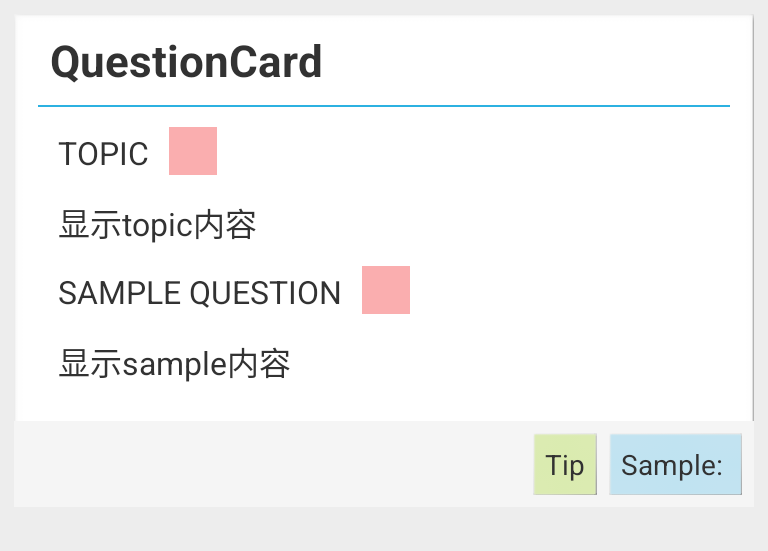
Repository: hellcan/privateReader
Layout: ToeflWrittingAssistant/res/layout/topic_listview_item_detail_activity.xml
These files come from the project's save history. The layout is drawn as it stood at one moment and after the next save; the edit follows.
The pictures show rows 0 to 551 of an output 1280 px tall.
Pictures or frames that could not be fetched are drawn as grey boxes. It is drawn on a 768 x 1280 px phone screen (xhdpi) without system bars, with theme AppTheme; the app's code is not run.

Above is the layout before, as saved 2014-04-28 10:04:41.

### ToeflWrittingAssistant/res/layout/topic_listview_item_detail_activity.xml
<?xml version="1.0" encoding="utf-8"?>
<ScrollView xmlns:android="http://schemas.android.com/apk/res/android"
    android:id="@+id/ScrollView"
    android:layout_width="fill_parent"
    android:layout_height="wrap_content"
    android:scrollbars="vertical">
<LinearLayout
    android:layout_width="match_parent"
    android:layout_height="wrap_content"
    android:descendantFocusability="blocksDescendants"
    android:background="@color/grey_background_darklevel1"
    android:padding="7dp"
    android:orientation="vertical">

    <RelativeLayout
        android:layout_width="match_parent"
        android:layout_height="wrap_content"
        android:background="@drawable/card_background_for_list_selector" >

        <TextView
            android:id="@+id/item_detail_questioncard_introduction"
            android:layout_width="wrap_content"
            android:layout_height="wrap_content"
            android:layout_alignParentLeft="true"
            android:layout_alignParentTop="true"
            android:layout_marginLeft="18dp"
            android:layout_marginTop="8dp"
            android:text="QuestionCard"
            android:textSize="22sp"
            android:textStyle="bold" />

        <TextView
            android:id="@+id/item_detail_line"
            android:layout_width="match_parent"
            android:layout_height="1dp"
            android:layout_below="@id/item_detail_questioncard_introduction"
            android:layout_marginLeft="12dp"
            android:layout_marginRight="12dp"
            android:layout_marginTop="8dp"
            android:background="#2CB1E1" />

        <TextView
            android:id="@+id/item_detail_topic"
            android:layout_width="wrap_content"
            android:layout_height="wrap_content"
            android:layout_below="@id/item_detail_line"
            android:layout_marginLeft="22dp"
            android:layout_marginRight="10dp"
            android:layout_marginTop="12dp"
            android:ellipsize="end"
            android:maxLines="4"
            android:text="TOPIC"
            android:textSize="16sp" />

        <ImageButton
            android:id="@+id/item_detail_button1"
            android:layout_width="wrap_content"
            android:layout_height="wrap_content"
            android:layout_below="@id/item_detail_line"
            android:layout_marginRight="18dp"
            android:layout_marginTop="10dp"
            android:layout_toRightOf="@id/item_detail_topic"
            android:background="@color/red_3"
            android:focusable="false"
            android:paddingBottom="12dp"
            android:paddingLeft="12dp"
            android:paddingRight="12dp"
            android:paddingTop="12dp"
             />

        <TextView
            android:id="@+id/item_detail_topic_description"
            android:layout_width="wrap_content"
            android:layout_height="wrap_content"
            android:layout_below="@id/item_detail_topic"
            android:layout_marginLeft="22dp"
            android:layout_marginRight="10dp"
            android:layout_marginTop="12dp"
            android:ellipsize="end"
            android:maxLines="4"
            android:text="显示topic内容"
            android:textSize="16sp" />

        <TextView
            android:id="@+id/item_detail_sample"
            android:layout_width="wrap_content"
            android:layout_height="wrap_content"
            android:layout_below="@id/item_detail_topic_description"
            android:layout_marginLeft="22dp"
            android:layout_marginRight="10dp"
            android:layout_marginTop="12dp"
            android:ellipsize="end"
            android:maxLines="4"
            android:text="SAMPLE QUESTION"
            android:textSize="16sp" />

        <ImageButton
            android:id="@+id/item_detail_button2"
            android:layout_width="wrap_content"
            android:layout_height="wrap_content"
            android:layout_below="@id/item_detail_topic_description"
            android:layout_marginRight="18dp"
            android:layout_marginTop="10dp"
            android:layout_toRightOf="@id/item_detail_sample"
            android:background="@color/red_3"
            android:focusable="false"
            android:paddingBottom="12dp"
            android:paddingLeft="12dp"
            android:paddingRight="12dp"
            android:paddingTop="12dp" />

        <TextView
            android:id="@+id/item_detail_sample_question_description"
            android:layout_width="wrap_content"
            android:layout_height="wrap_content"
            android:layout_below="@id/item_detail_sample"
            android:layout_marginLeft="22dp"
            android:layout_marginRight="10dp"
            android:layout_marginTop="12dp"
            android:ellipsize="end"
            android:maxLines="10"
            android:text="显示sample内容"
            android:textSize="16sp" />



        <RelativeLayout
            android:id="@+id/relative"
            android:layout_width="match_parent"
            android:layout_height="wrap_content"
            android:layout_below="@id/item_detail_sample_question_description"
            android:layout_marginTop="18dp"
            android:background="@color/grey_1"
            android:padding="6dp" >

            <TextView
                android:id="@+id/item_detail_sample_total"
                android:layout_width="wrap_content"
                android:layout_height="wrap_content"
                android:layout_alignParentRight="true"
                android:layout_alignParentTop="true"
                android:background="@drawable/sample_button_background_selector"
                android:padding="6dp"
                android:text="Sample: " />

            <TextView
                android:id="@+id/item_detail_tip"
                android:layout_width="wrap_content"
                android:layout_height="wrap_content"
                android:layout_marginRight="6dp"
                android:layout_toLeftOf="@id/item_detail_sample_total"
                android:background="@drawable/tip_button_background_selector"
                android:padding="6dp"
                android:text="Tip" />
        </RelativeLayout>

    </RelativeLayout>

        <RelativeLayout
            android:id="@+id/item_detail_tag_area"
            android:layout_width="match_parent"
            android:layout_height="150dp"
            android:layout_marginTop="22dp"
            android:background="@drawable/card_background_for_list_selector" >

            <TextView
            android:id="@+id/item_detail_tag"
            android:layout_width="wrap_content"
            android:layout_height="wrap_content"
            android:layout_marginLeft="22dp"
            android:layout_marginRight="10dp"
            android:layout_marginTop="12dp"
            android:ellipsize="end"
            android:maxLines="4"
            android:textSize="16sp"
            android:text="TAG"/>

        <ImageButton
            android:id="@+id/item_detail_button3"
            android:layout_width="wrap_content"
            android:layout_height="wrap_content"
            android:layout_toRightOf="@id/item_detail_tag"
            android:layout_marginRight="18dp"
            android:layout_marginTop="10dp"
            android:background="@color/red_3"
            android:focusable="false"
            android:paddingBottom="12dp"
            android:paddingLeft="12dp"
            android:paddingRight="12dp"
            android:paddingTop="12dp" />

        <TextView
            android:id="@+id/item_detail_tag_line"
            android:layout_width="match_parent"
            android:layout_height="1dp"
            android:layout_below="@id/item_detail_tag"
            android:layout_marginLeft="12dp"
            android:layout_marginRight="12dp"
            android:layout_marginTop="8dp"
            android:background="#2CB1E1" />

        <TextView
                android:id="@+id/tag1"
                android:layout_width="wrap_content"
                android:layout_height="wrap_content"
                android:layout_below="@id/item_detail_tag_line"
                android:layout_alignParentLeft="true"
                android:background="@drawable/tag_button_background_selector"
                android:layout_marginLeft="22dp"
                android:layout_marginTop="12dp"
                android:layout_marginRight="3dp"
                android:layout_marginBottom="3dp"
                android:padding="6dp"
                android:text="显示tag1"
                />

            <TextView
                android:id="@+id/tag2"
                android:layout_width="wrap_content"
                android:layout_height="wrap_content"
                android:layout_marginTop="12dp"
                android:layout_marginLeft="3dp"
                android:layout_marginRight="3dp"
                android:layout_marginBottom="3dp"
                android:layout_below="@id/item_detail_tag_line"
                android:layout_toRightOf="@+id/tag1"
                android:background="@drawable/tag_button_background_selector"
                android:padding="6dp"
                android:text="显示tag2"
                 />
             <TextView
                android:id="@+id/tag3"
                android:layout_width="wrap_content"
                android:layout_height="wrap_content"
                android:layout_marginTop="12dp"
                android:layout_marginLeft="3dp"
                android:layout_marginBottom="3dp"
                android:layout_below="@id/item_detail_tag_line"
                android:layout_toRightOf="@+id/tag2"
                android:background="@drawable/tag_button_background_selector"
                android:padding="6dp"
                android:text="显示tag3"
                />
                <TextView
                android:id="@+id/tag4"
                android:layout_width="wrap_content"
                android:layout_height="wrap_content"
                android:layout_marginLeft="22dp"
                android:layout_marginTop="3dp"
                android:layout_marginRight="3dp"
                android:layout_marginBottom="3dp"
                android:layout_below="@id/tag1"
                android:background="@drawable/tag_button_background_selector"
                android:padding="6dp"
                android:text="显示tag4"
                 />
                <TextView
                android:id="@+id/tag5"
                android:layout_width="wrap_content"
                android:layout_height="wrap_content"
                android:layout_margin="3dp"
                android:layout_toRightOf="@+id/tag4"
                android:layout_below="@id/tag2"
                android:background="@drawable/tag_button_background_selector"
                android:padding="6dp"
                android:text="显示tag5"
                />
                <TextView
                android:id="@+id/tag6"
                android:layout_width="wrap_content"
                android:layout_height="wrap_content"
                android:layout_marginTop="3dp"
                android:layout_marginLeft="3dp"
                android:layout_marginBottom="3dp"
                android:layout_toRightOf="@+id/tag5"
                android:layout_below="@id/tag3"
                android:background="@drawable/tag_button_background_selector"
                android:padding="6dp"
                android:text="显示tag6"
                 />
                <TextView
                android:id="@+id/tag7"
                android:layout_width="wrap_content"
                android:layout_height="wrap_content"
                android:layout_marginLeft="22dp"
                android:layout_marginTop="3dp"
                android:layout_marginRight="3dp"
                android:layout_marginBottom="3dp"
                android:layout_below="@id/tag4"
                android:background="@drawable/tag_button_background_selector"
                android:padding="6dp"
                android:text="显示tag7"
                 />

                <TextView
                     android:id="@+id/tag8"
                     android:layout_width="wrap_content"
                     android:layout_height="wrap_content"
                     android:layout_margin="3dp"
                     android:layout_toRightOf="@+id/tag4"
                     android:layout_below="@id/tag5"
                     android:background="@drawable/tag_button_background_selector"
                     android:padding="6dp"
                     android:text="显示tag8"
                />

                <TextView
                     android:id="@+id/tag9"
                     android:layout_width="wrap_content"
                     android:layout_height="wrap_content"
                     android:layout_margin="3dp"
                     android:layout_toRightOf="@+id/tag5"
                     android:layout_below="@id/tag6"
                     android:background="@drawable/tag_button_background_selector"
                     android:padding="6dp"
                     android:text="显示tag9"
                 />

               <com.haarman.supertooltips.ToolTipRelativeLayout
                   android:id="@+id/tag_tooltipframelayout"
                   android:layout_width="match_parent"
                   android:layout_height="match_parent" />




   </RelativeLayout>
</LinearLayout>
</ScrollView>

### ToeflWrittingAssistant/res/values/colors.xml
<?xml version="1.0" encoding="utf-8"?>
<resources>

    <color name="yellow_normal">#FFBB33</color>
    <color name="red_normal">#FF4444</color>
    <color name="blue_normal">#33B5E5</color>
    <color name="green_normal">#99CC00</color>
    <color name="purple_normal">#AA66CC</color>
    <color name="blue_dark">#0099CC</color>
    <color name="purple_dark">#9933CC</color>
    <color name="green_dark">#669900</color>
    <color name="yellow_dark">#FF8800</color>
    <color name="red_dark">#CC0000</color>
    <color name="grey_actionbar_darklevel2">#DDDDDD</color>
    <color name="grey_background_darklevel1">#EDEDED</color>
    <color name="grey_tab_darklevel3">#C6C6C6</color>
    <color name="grey_font_darklevel4">#3D3D3D</color>
    <color name="white_pure">#FFFFFF</color>
    <color name="white_dark">#F7F7F7</color>
    <color name="blue_1">#E4F4FB</color>
    <color name="blue_2">#C8EAF8</color>
    <color name="blue_3">#AEDFF3</color>
    <color name="blue_4">#92D5EF</color>
    <color name="blue_5">#79CAEB</color>
    <color name="purple_1">#F4EAFA</color>
    <color name="purple_2">#E4C9F1</color>
    <color name="purple_3">#DCBBED</color>
    <color name="purple_4">#D4ABE9</color>
    <color name="purple_5">#CD9DE5</color>
    <color name="green_1">#F0F8DC</color>
    <color name="green_2">#E2F1B8</color>
    <color name="green_3">#D3EA96</color>
    <color name="green_4">#C6E374</color>
    <color name="green_5">#B7DC54</color>
    <color name="yellow_1">#FEF6E0</color>
    <color name="yellow_2">#FDECC2</color>
    <color name="yellow_3">#FCE3A3</color>
    <color name="yellow_4">#FBD984</color>
    <color name="yellow_5">#FBD066</color>
    <color name="red_1">#FDE4E4</color>
    <color name="red_2">#FBC9CA</color>
    <color name="red_3">#FAAEAF</color>
    <color name="red_4">#F99294</color>
    <color name="red_5">#F87679</color>
    <color name="grey_1">#F5F5F5</color>
    <color name="grey_2">#E8E8E8</color>
    <color name="grey_3">#DBDBDB</color>
    <color name="grey_4">#C9C9C9</color>
    <color name="grey_5">#C0C0C0</color>
    <color name="transparent">#00000000</color>
    <color name="background_window">#FFE5E5E5</color>
    <color name="Grey">#BEBEBE</color>
    <color name="LightGrey">#D3D3D3</color>


    <color name="umeng_fb_color_btn_pressed">#C0C0C0</color>
    <color name="umeng_fb_color_btn_normal">#0099CC</color>





</resources>

### ToeflWrittingAssistant/res/drawable-hdpi/card_background_for_list_selector.xml
<?xml version="1.0" encoding="utf-8"?>
<selector xmlns:android="http://schemas.android.com/apk/res/android" >
    <item
        android:state_pressed="true"
        android:drawable="@drawable/card_background_for_list_pressed"
        ></item>
    <item
        android:drawable="@drawable/card_background_for_list_default"></item>

</selector>

### ToeflWrittingAssistant/res/drawable/card_background_for_list_selector.xml
<?xml version="1.0" encoding="utf-8"?>
<selector xmlns:android="http://schemas.android.com/apk/res/android" >
    <item
        android:state_pressed="true"
        android:drawable="@drawable/card_background_for_list_pressed"
        ></item>
    <item
        android:drawable="@drawable/card_background_for_list_default"></item>

</selector>

### ToeflWrittingAssistant/res/drawable-hdpi/sample_button_background_selector.xml
<?xml version="1.0" encoding="utf-8"?>
<selector xmlns:android="http://schemas.android.com/apk/res/android" >
    <item
        android:state_pressed="true"
        android:drawable="@drawable/card_background_for_list_pressed"
        ></item>
    <item
        android:drawable="@drawable/sample_button_background_default"></item>

</selector>

### ToeflWrittingAssistant/res/drawable/sample_button_background_selector.xml
<?xml version="1.0" encoding="utf-8"?>
<selector xmlns:android="http://schemas.android.com/apk/res/android" >
    <item
        android:state_pressed="true"
        android:drawable="@drawable/card_background_for_list_pressed"
        ></item>
    <item
        android:drawable="@drawable/sample_button_background_default"></item>

</selector>

### ToeflWrittingAssistant/res/drawable-hdpi/tip_button_background_selector.xml
<?xml version="1.0" encoding="utf-8"?>
<selector xmlns:android="http://schemas.android.com/apk/res/android" >
    <item
        android:state_pressed="true"
        android:drawable="@drawable/card_background_for_list_pressed"
        ></item>
    <item
        android:drawable="@drawable/tip_button_background_default"></item>

</selector>

### ToeflWrittingAssistant/res/drawable/tip_button_background_selector.xml
<?xml version="1.0" encoding="utf-8"?>
<selector xmlns:android="http://schemas.android.com/apk/res/android" >
    <item
        android:state_pressed="true"
        android:drawable="@drawable/card_background_for_list_pressed"
        ></item>
    <item
        android:drawable="@drawable/tip_button_background_default"></item>

</selector>

### ToeflWrittingAssistant/res/drawable-hdpi/tag_button_background_selector.xml
<?xml version="1.0" encoding="utf-8"?>
<selector xmlns:android="http://schemas.android.com/apk/res/android" >
    <item
        android:state_pressed="true"
        android:drawable="@drawable/card_background_for_list_pressed"
        ></item>
    <item
        android:drawable="@drawable/tag_button_background_default"></item>

</selector>

### ToeflWrittingAssistant/res/drawable/tag_button_background_selector.xml
<?xml version="1.0" encoding="utf-8"?>
<selector xmlns:android="http://schemas.android.com/apk/res/android" >
    <item
        android:state_pressed="true"
        android:drawable="@drawable/card_background_for_list_pressed"
        ></item>
    <item
        android:drawable="@drawable/tag_button_background_default"></item>

</selector>

Loaded but not shown: ToeflWrittingAssistant/res/values/styles.xml (common file); ToeflWrittingAssistant/res/values-v11/styles.xml (common file); ToeflWrittingAssistant/res/values-v14/styles.xml (common file)

After the next save:
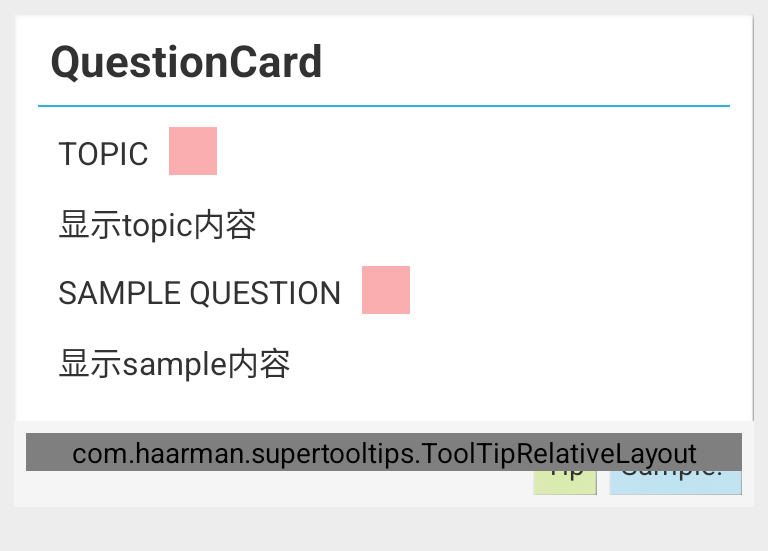
Saved 4 s later.
--- a/ToeflWrittingAssistant/res/layout/topic_listview_item_detail_activity.xml
+++ b/ToeflWrittingAssistant/res/layout/topic_listview_item_detail_activity.xml
@@ -152,6 +152,11 @@
                 android:background="@drawable/tip_button_background_selector"
                 android:padding="6dp"
                 android:text="Tip" />
+            <com.haarman.supertooltips.ToolTipRelativeLayout
+            android:id="@+id/topic_tooltipframelayout"
+            android:layout_width="match_parent"
+            android:layout_height="match_parent"
+            />
         </RelativeLayout>
 
     </RelativeLayout>
